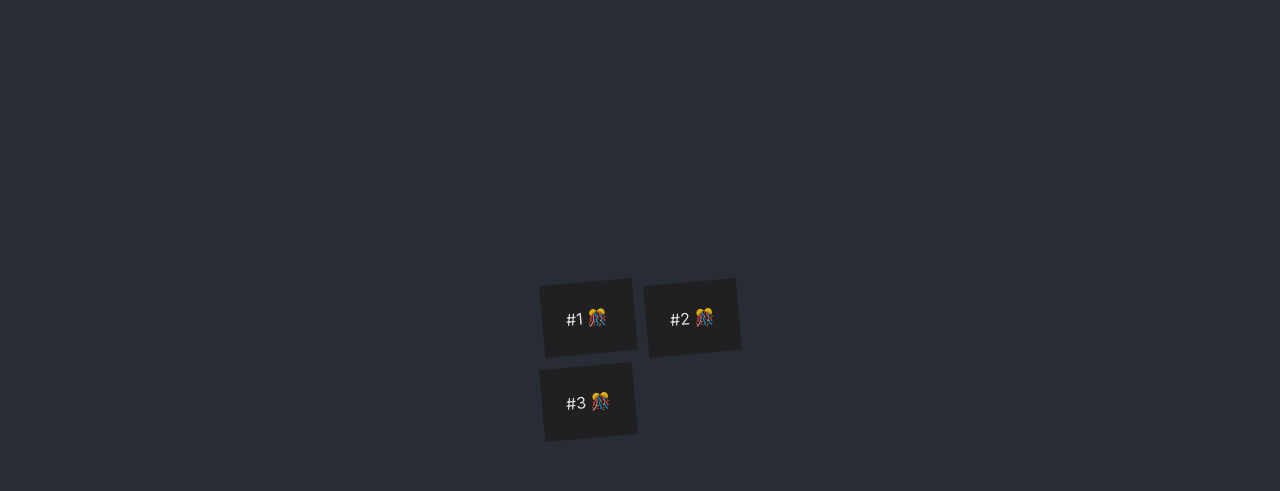
Repository: devsecops-node/simple-play
Page: /recomendations
An editor plug-in stored every save of this project. The page is shown before and after the next save, followed by the edit.
The browser window is 1280 px wide. The pictures show the whole page.
The project was rebuilt for these pictures with package versions that can differ from the ones it lists, and the page was loaded fresh each time. The framework's server and built-in components were replaced by stand-ins that run in the browser. Also part of the build but not shown: next.config.mjs.

Above is the page before, as saved 2024-06-21 18:37:50.

### src/app/recomendations/page.tsx
import React from 'react'
import Container from '../_components/Container'
import { RecomendationUI } from '../_components/RecomendationsSearch'
import Card from '../_components/Card'
import styles from "../_styles/cards.module.css"

export interface RecomendationUI2 {
  id: number
  recomenda: string
}

const page = () => {
  const recom: RecomendationUI2[] = [
    { id: 1, recomenda: 'Cuando sonries, el mundo entero se detiene, es tan triste que no lo veas' },
    { id: 2, recomenda: 'Si me preguntas que si te ves bien, diria que no hay nada que cambiaria, eres increible, tal como eres' },
    { id: 3, recomenda: 'Ya deja de preocuparte, recuerda que' }]
  return (
    <Container>
      <div className={styles.container}>
        <div className={styles.cards}>
          {recom.map((dat) => (
            <Card key={dat.id} recomenda={dat} />
          ))}
        </div>
      </div>
    </Container>
  )
}

export default page

### src/app/globals.css
@tailwind base;
@tailwind components;
@tailwind utilities;

:root {
  --foreground-rgb: 0, 0, 0;
  --background-start-rgb: 214, 219, 220;
  --background-end-rgb: 255, 255, 255;
}

@media (prefers-color-scheme: dark) {
  :root {
    --foreground-rgb: 255, 255, 255;
    --background-start-rgb: 0, 0, 0;
    --background-end-rgb: 0, 0, 0;
  }
}

body {
  color: rgb(var(--foreground-rgb));
  background: linear-gradient(to bottom,
      transparent,
      rgb(var(--background-end-rgb))) rgb(var(--background-start-rgb));
}

@layer utilities {
  .text-balance {
    text-wrap: balance;
  }
}

input {
  color: black;
  padding: 3px 5px;
  border-radius: 0.125rem;
  -webkit-border-radius: 0.125rem;
  -moz-border-radius: 0.125rem;
  -ms-border-radius: 0.125rem;
  -o-border-radius: 0.125rem;
  font-size: 15px;
  border: none;
}

input[type=text]:focus {
  outline: 2px solid #0284c7;
}
/* Resource for Card */

### src/app/_components/Container.tsx
import React from 'react'

const Container = ({ children }: { children: React.ReactNode }) => {
  return (
    <div className='bg-[#282c34] h-screen text-white flex flex-col items-center justify-center'>
      {children}
    </div>
  )
}

export default Container

### src/app/_components/Card.tsx
"use client"
import React, { useState } from 'react'
import styles from "../_styles/cards.module.css"
import { RecomendationUI2 } from '../recomendations/page'

// h-[120px] w-[200px] cursor-pointer p-4 rounded-md bg-white shadow-md text-black transition-all duration-150 hover:scale-105
const Card = ({ recomenda }: { recomenda: RecomendationUI2 }) => {
  const [status, setStatus] = useState(false)
  return (
    <div className={styles.card} onMouseEnter={() => setStatus(true)} onMouseLeave={() => setStatus(false)}>
      <h2 className={styles.card_title}>#{recomenda.id} 🎊</h2>
      <p hidden={!status}>{recomenda.recomenda}</p>
    </div>
  )
}

export default Card

### src/app/_styles/cards.module.css
.container {
  height: 100%;
  width: 100%;
  padding: 1rem 0;
  display: grid;
  place-content: center;

  .cards {
    display: grid;
    grid-template-columns: repeat(2, 1fr);
    gap: 0.75rem;
    pointer-events: none;
  }
}
.card {
  max-width: 20rem;
  color: #ffffffda;
  padding: 1.5rem;
  background-color: #202022;
  pointer-events: auto;
  opacity: 1;
  transition: all 0.5s ease-in-out;
  display: flex;
  flex-direction: column;
  -webkit-transition: all 0.5s ease-in-out;
  -moz-transition: all 0.5s ease-in-out;
  -ms-transition: all 0.5s ease-in-out;
  -o-transition: all 0.5s ease-in-out;
  transform: rotate(-5deg);
}

.card:hover{
  transform: scale(1.5);
  -webkit-transform: scale(1.5);
  -moz-transform: scale(1.5);
  -ms-transform: scale(1.5);
  -o-transform: scale(1.5);
}

Loaded but not shown: src/app/layout.tsx (common file); tailwind.config.ts (common file)

After the next save:
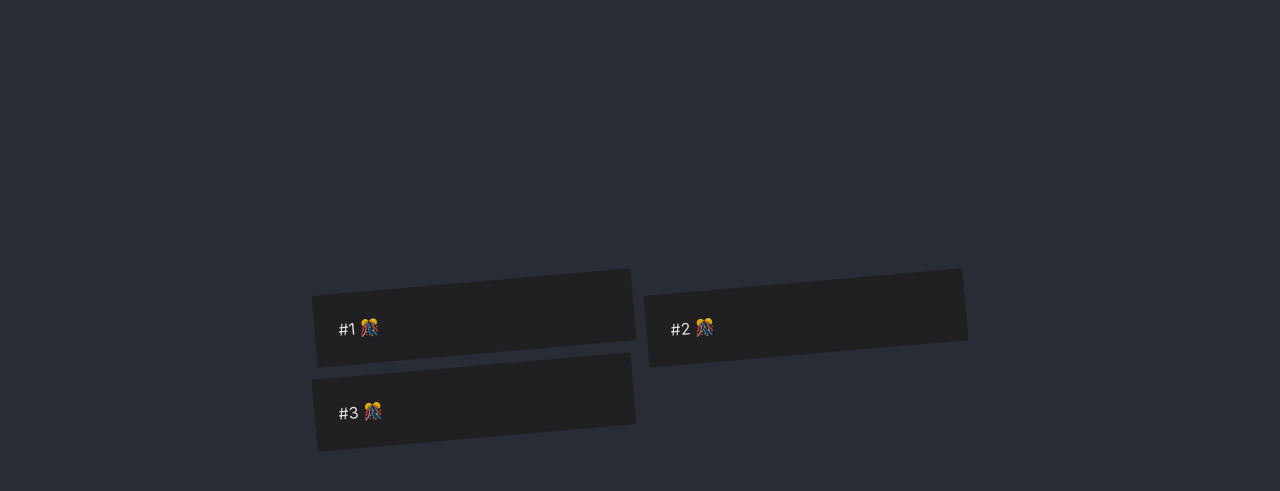
Saved 10 s later.
--- a/src/app/_styles/cards.module.css
+++ b/src/app/_styles/cards.module.css
@@ -13,7 +13,7 @@
   }
 }
 .card {
-  max-width: 20rem;
+  width: 20rem;
   color: #ffffffda;
   padding: 1.5rem;
   background-color: #202022;
